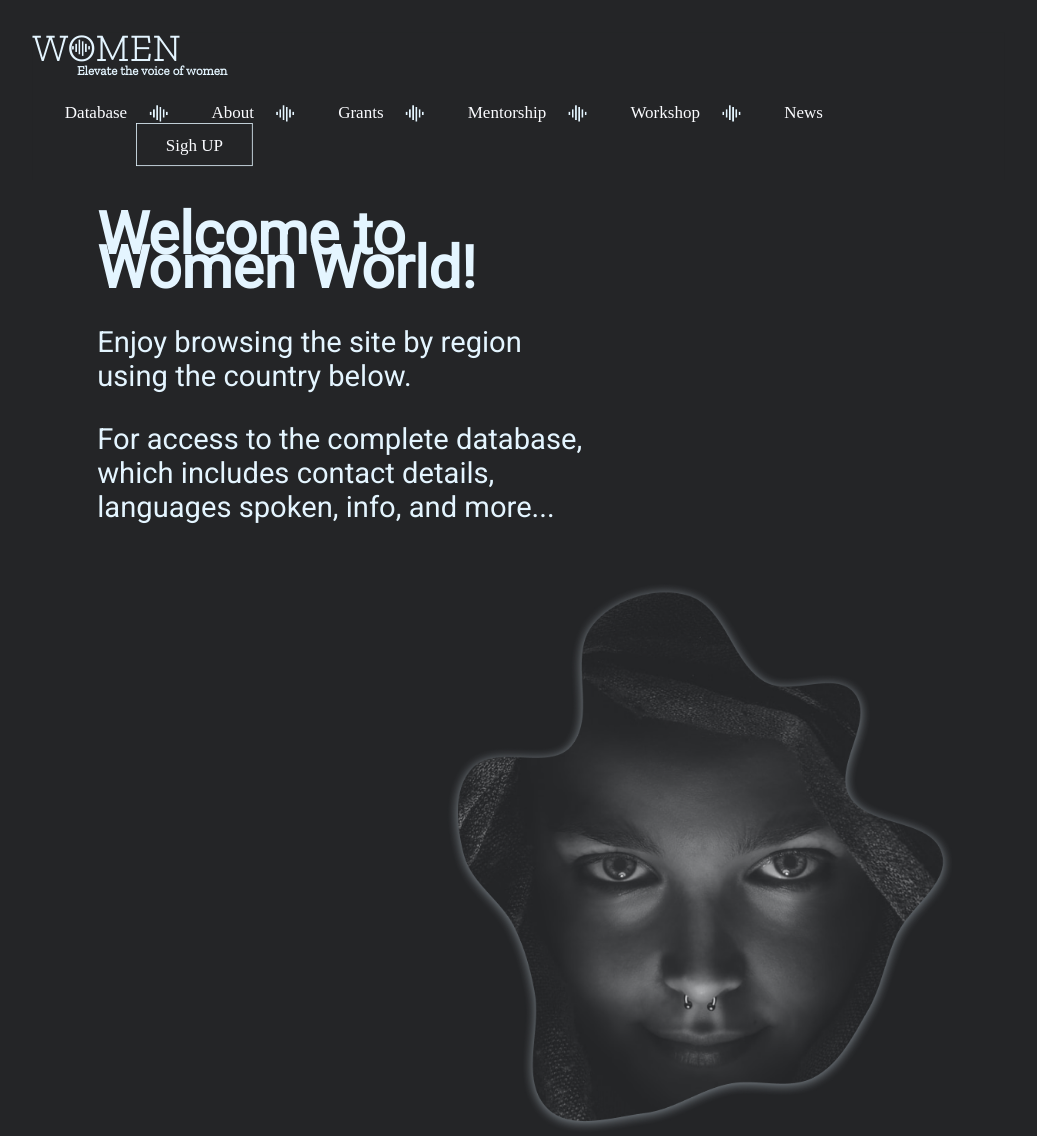
Repository: AndreyMykulych/user_home_work_Mykulych
Page: 5/index.html
These files come from the project's save history. The page is drawn as it stood at one moment and after the next save; the edit follows.
The browser window is 1280 px wide. The pictures show the whole page, at 81% of full size.

Above is the page before, as saved 2023-03-04 20:39:09.

After the next save:
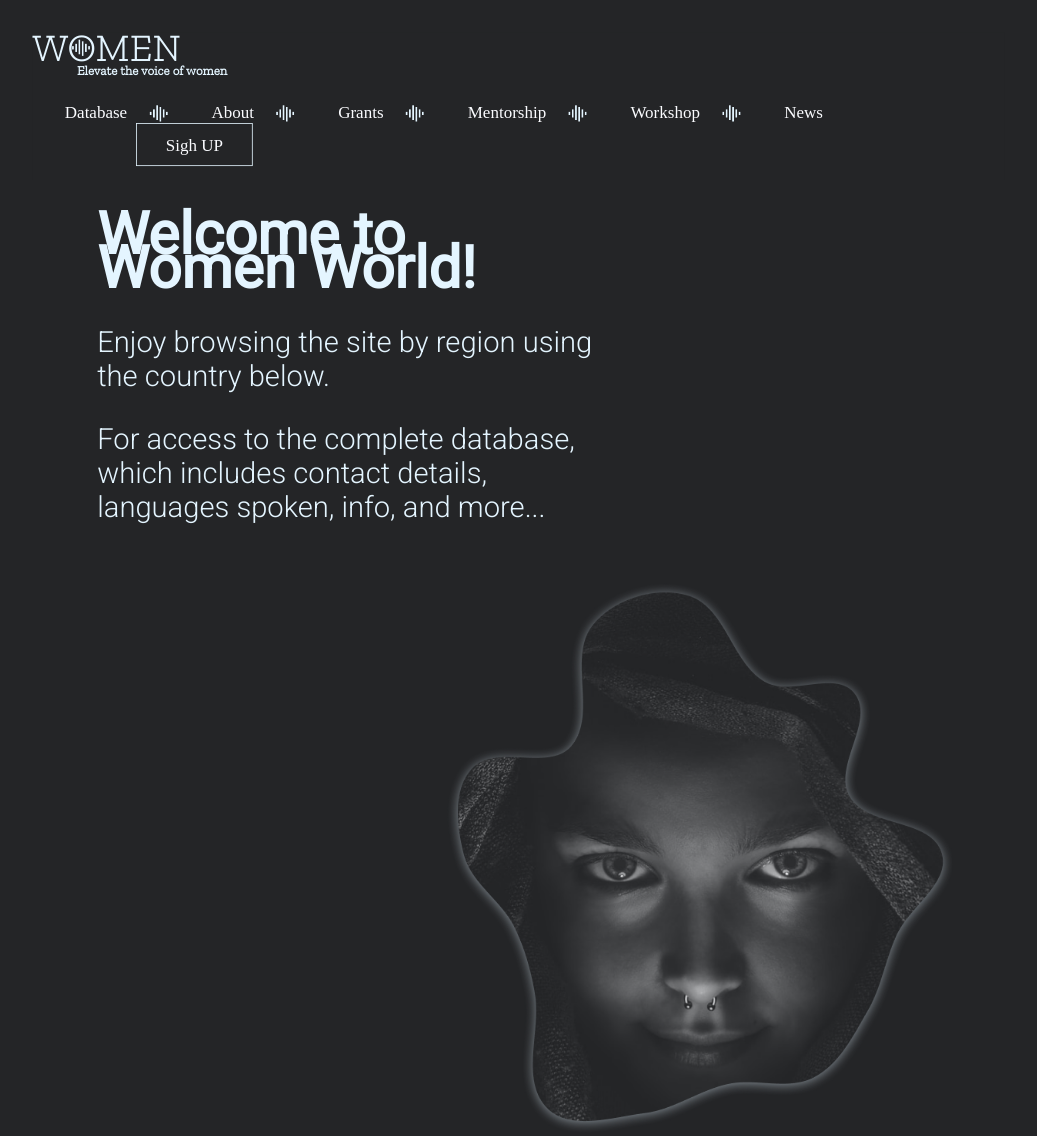
Saved 69 s later.
--- a/5/index.html
+++ b/5/index.html
@@ -16,6 +16,9 @@
 <link rel="preconnect" href="https://fonts.googleapis.com">
 <link rel="preconnect" href="https://fonts.gstatic.com" crossorigin>
 <link href="https://fonts.googleapis.com/css2?family=Roboto&family=Zilla+Slab:wght@300&display=swap" rel="stylesheet">
+<link rel="preconnect" href="https://fonts.googleapis.com">
+<link rel="preconnect" href="https://fonts.gstatic.com" crossorigin>
+<link href="https://fonts.googleapis.com/css2?family=Roboto:wght@300;400&family=Zilla+Slab:wght@300&display=swap" rel="stylesheet">
 </head>
 <body>
 
